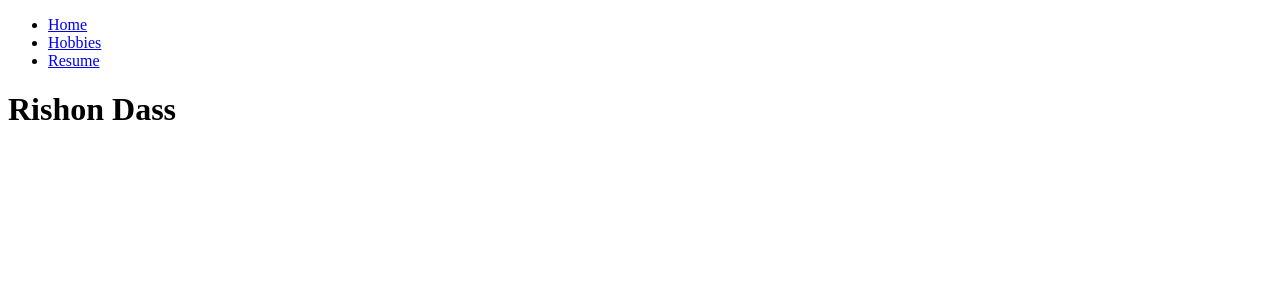
Repository: rishondass/ITMD361-Project1
Page: resume.html
The author's editor kept a copy of each file at every save. The page is drawn from the files as they stood at one save, then again after the next save.
The browser window is 1280 px wide. The pictures show the whole page.

Above is the page before, as saved 2023-02-22 15:18:24.

### resume.html
<!DOCTYPE html>
<html lang="en">
<head>
    <meta charset="UTF-8">
    <meta name="viewport" content="width=device-width, initial-scale=1.0">
    <title>Resume</title>
</head>
<body>
    <nav>
        <ul>
            <li>
                <a href="index.html">Home</a>
            </li>
            <li>
                <a href="hobbies.html">Hobbies</a>
            </li>
            <li>
                <a href="resume.html">Resume</a>
            </li>
        </ul>
    </nav>
    <div>
        <h1>Rishon Dass</h1>
        <h4></h4>
    </div>
</body>
</html>

After the next save:
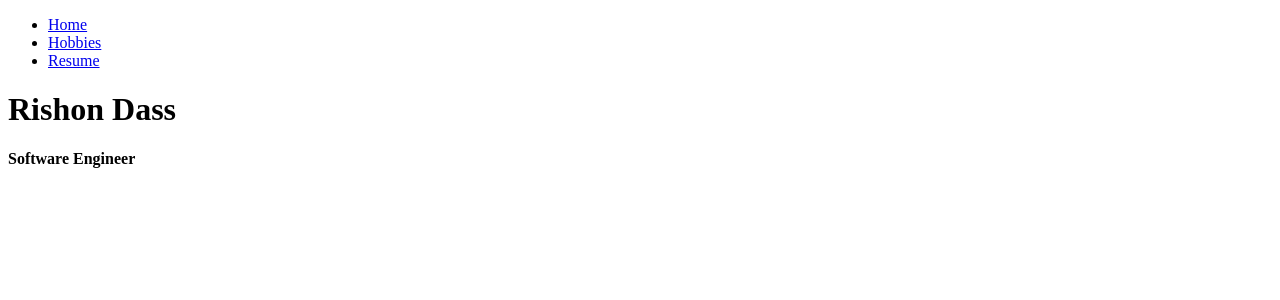
Saved 8 s later.
--- a/resume.html
+++ b/resume.html
@@ -21,7 +21,7 @@
     </nav>
     <div>
         <h1>Rishon Dass</h1>
-        <h4></h4>
+        <h4>Software Engineer</h4>
     </div>
 </body>
 </html>
